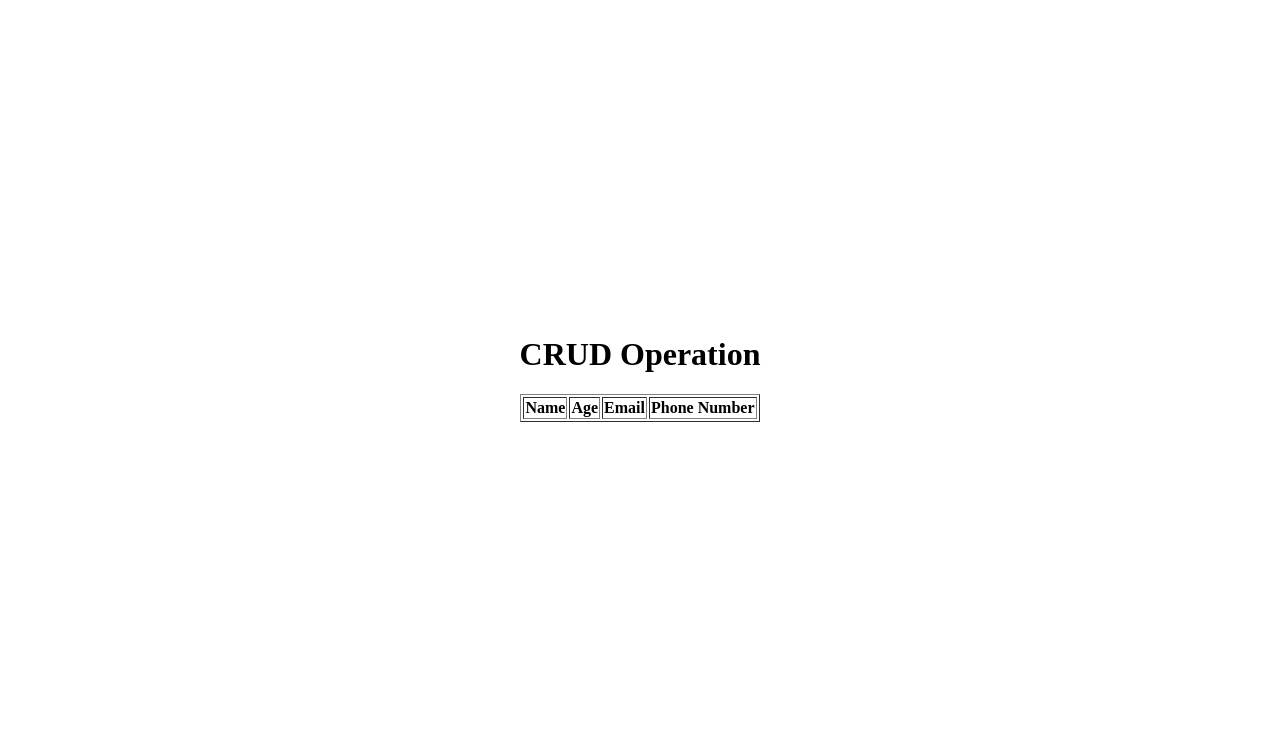
Repository: Josephkennedy603/CRUD-Operation
Page: /
These files come from the project's save history. The page is drawn as it stood at one moment and after the next save; the edit follows.
The browser window is 1280 px wide. The pictures show the whole page.
The page's requests for data from a server got no answer. The project was rebuilt for these pictures with package versions that can differ from the ones it lists, and the page was loaded fresh each time. No one was signed in, and anything a server would have sent is missing. Also part of the build but not shown: src/index.css.

Above is the page before, as saved 2024-03-06 17:51:35.

### src/App.jsx

import { useState, useEffect } from 'react';
import {collection, addDoc, getDocs} from 'firebase/firestore'
import {db} from './firebase'
import './App.css';

const App = () => {

  const  userCollectionRef =  collection(db,'record');

  const [user,setUser] = useState([]);

  // const [name,setName] =useState();
  // const [age,setAge] =useState();
  // const [email,setEmail] =useState();
  // const [pnumber,setPnumber] =useState();

  useEffect(()=>{
    const getUsers = async ()=> {
      const data = await getDocs(userCollectionRef);
      console.log("OUT", data);
      setUser(data.docs.map(doc => ({
        ...doc.data(),
        id: doc.id
      })));
    };
    getUsers();

  }, []);

console.log(user);

// const storeData =async () => {

//   const data ={
//     Name:name,
//     Age:age,
//     Email:email,
//     Pnumer:pnumber,
//   };

//   try{
//     const docRef = await addDoc(collection(db,"record"),data)
//   }
// catch(e){
//     console.log("unable to store the data",e)
// }

// console.log(data.name)

  return(
    <div className='main-container'>
    <h1>CRUD Operation</h1>
    <table border={1}>
    <tbody>
    <tr>
              <th>Name</th>
              <th>Age</th>
              <th>Email</th>
              <th>Phone Number</th>
    </tr>
      {
      user.map(u => (
         <tr key={u.id}>

          <td >{u.Name}</td>
          <td>{u.Age}</td>
          <td>{u.Email}</td>
          <td>{u.Pnumber}</td>

        </tr>)
      )}
      </tbody>
    </table>

    {/* <form  action="">

      <label htmlFor="Name">Name:</label>
     <input name='Name:' type="text"   onChange={(e)=>setName(e.target.value) } required/>


      <label htmlFor="Age">Age:</label>
       <input type="text" name='Age'  onChange={(e)=>setAge(e.target.value)} required/>


      <label htmlFor="Email">Email:</label>
       <input type="Email"  onChange={(e)=>setEmail(e.target.value)} required/>


      <label htmlFor="Phone Number">Phone Number:</label>
     <input type="number" name='Phone Number'  onChange={(e)=>setPnumber(e.target.value)} required/>

      <input type="submit" onClick={storeData} />

    </form> */}
    </div>
  )
}

export default App;

### src/firebase.js
// Import the functions you need from the SDKs you need
import { initializeApp } from "firebase/app";
import { getFirestore } from "firebase/firestore";
// import { getAnalytics } from "firebase/analytics";

const firebaseConfig = {
  apiKey: "AIzaSyB6ZR0S_52AlqGIUs87cyuSaj7Dp9EP9nk",
  authDomain: "crud-operation-7754e.firebaseapp.com",
  projectId: "crud-operation-7754e",
  storageBucket: "crud-operation-7754e.appspot.com",
  messagingSenderId: "941097712371",
  appId: "1:941097712371:web:aad3664dddf0ff5721d586",
  measurementId: "G-CM49X6XD0N",
};

// Initialize Firebase
const app = initializeApp(firebaseConfig);
export const db = getFirestore(app);

export default app;

### src/App.css
.main-container {
  display: flex;
  flex-direction: column;
  justify-content: center;
  align-items: center;

  height: 100vh;
}

.main-container form {
  display: flex;
  flex-direction: column;
  justify-content: center;
  align-items: center;
}

.main-container label {
}

Loaded but not shown: public/index.html (common file); src/index.js (common file)

After the next save:
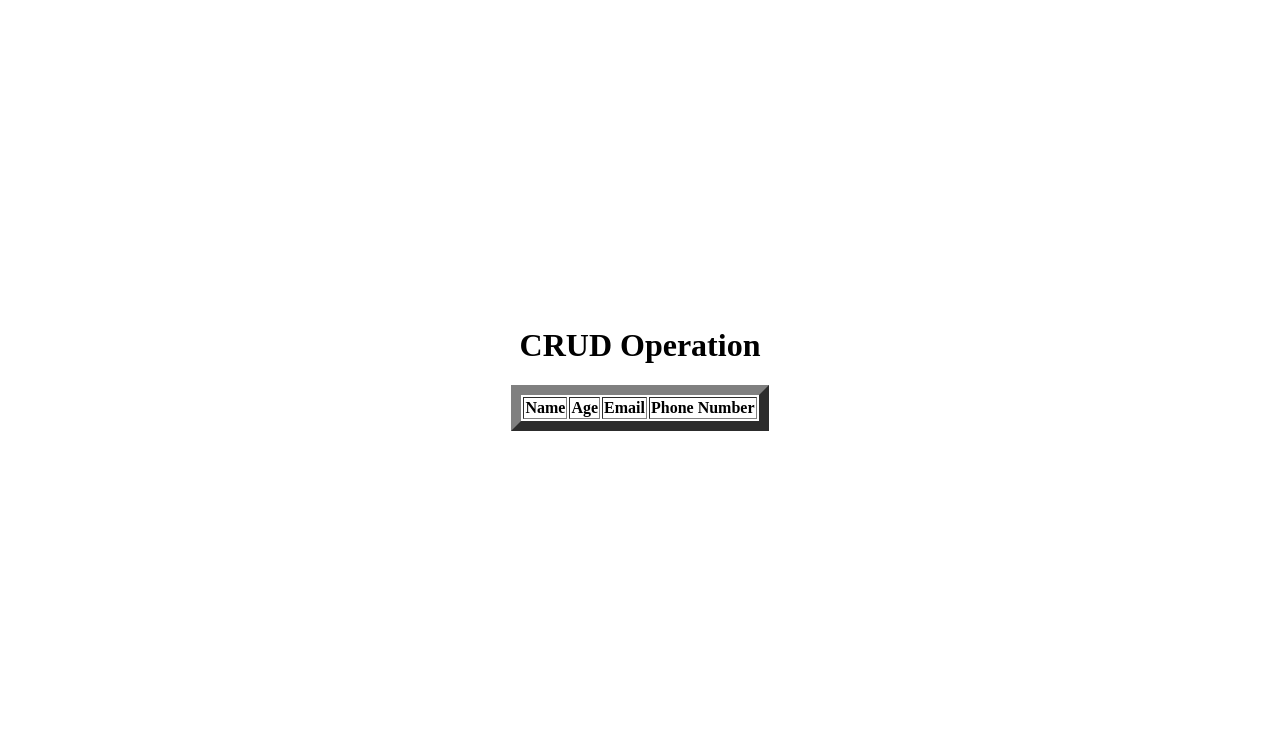
Saved 10 s later.
--- a/src/App.jsx
+++ b/src/App.jsx
@@ -51,7 +51,7 @@
   return(
     <div className='main-container'>
     <h1>CRUD Operation</h1>
-    <table border={1}>
+    <table border={10}>
     <tbody>
     <tr>
               <th>Name</th>

After the 2 saves that followed:
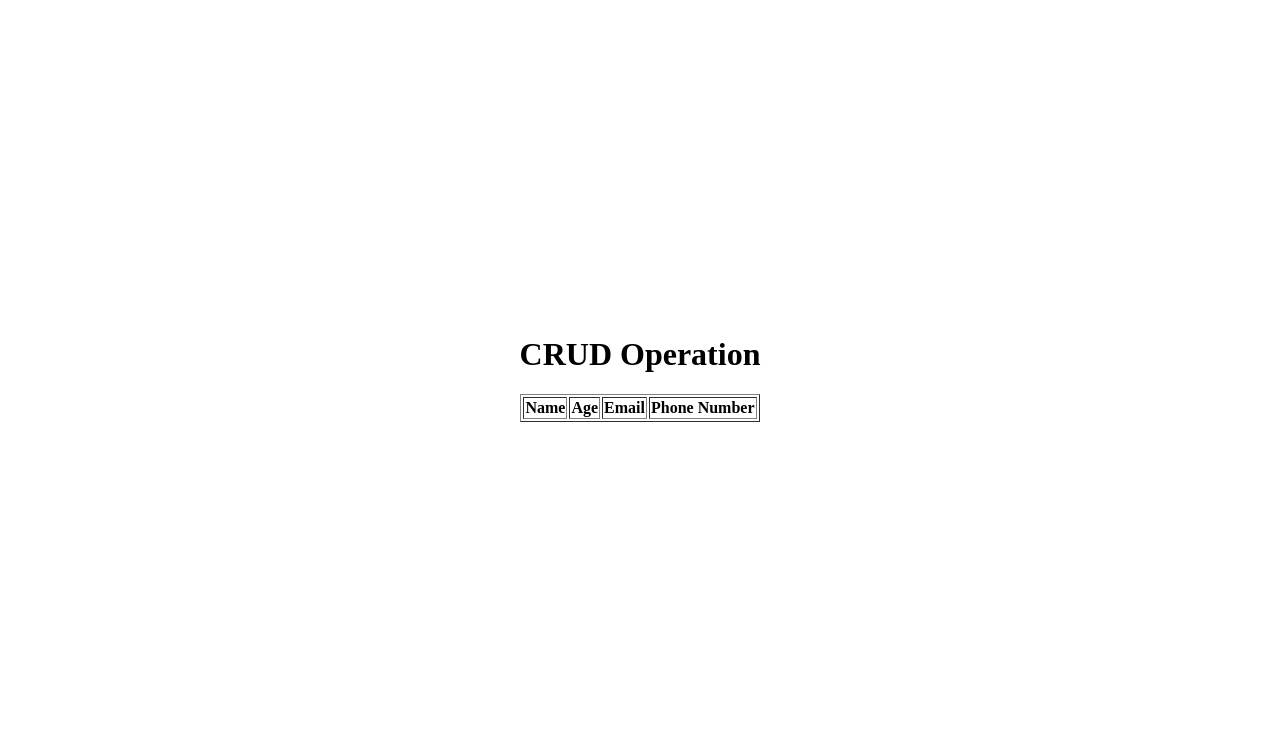
The 2 saves are shown as one change because 1 did not build or start.
The last was saved 11 s later.
--- a/src/App.jsx
+++ b/src/App.jsx
@@ -51,7 +51,7 @@
   return(
     <div className='main-container'>
     <h1>CRUD Operation</h1>
-    <table border={10}>
+    <table border={1}>
     <tbody>
     <tr>
               <th>Name</th>
